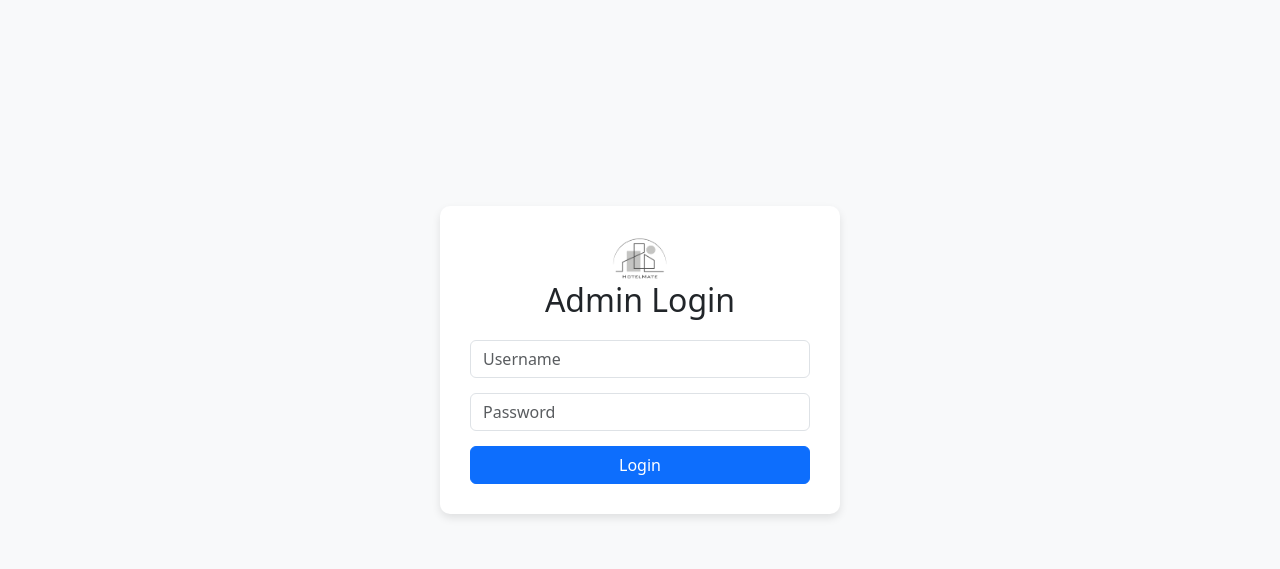
Repository: himanshu2k23/HoteMate
Page: http://localhost/HotelMate/admin/login
These files come from the project's save history. The page is drawn as it stood at one moment and after the next save; the edit follows.
The browser window is 1280 px wide. The pictures show the whole page.
The page is served by Tomcat 10. Other server files are loaded and not shown.

Above is the page before, as saved 2025-01-17 20:18:31.

### HotelMate/src/main/webapp/WEB-INF/admin/login.jsp
<%@ page contentType="text/html;charset=UTF-8" language="java"%>
<!DOCTYPE html>
<html lang="en">
<head>
<meta charset="UTF-8">
<meta name="viewport" content="width=device-width, initial-scale=1.0">
<title>Admin Login</title>
<link rel="stylesheet"
	href="https://cdn.jsdelivr.net/npm/bootstrap@5.3.0/dist/css/bootstrap.min.css">
<style>
body {
	background-color: #f8f9fa;
	display: flex;
	justify-content: center;
	align-items: center;
	height: 100vh;
}

.login-container {
	background: #ffffff;
	padding: 30px;
	border-radius: 10px;
	box-shadow: 0 4px 8px rgba(0, 0, 0, 0.1);
	max-width: 400px;
	width: 100%;
}

.login-container h2 {
	text-align: center;
	margin-bottom: 20px;
}

.error {
	color: #dc3545;
	margin-bottom: 20px;
}

.form-control {
	margin-bottom: 15px;
}
</style>
</head>
<body>

	<div class="login-container">
		<div class="d-flex justify-content-center">
			<img src="http://localhost:8080/HotelMate/Images/HotelmateLogo.png"
				alt="HotelMate Logo" width="60" height="45" class="d-inline-block">
		</div>
		<form action="${pageContext.request.contextPath}/admin/login"
			method="post">
			<h2>Admin Login</h2>

			<%
			if (request.getAttribute("error") != null) {
			%>
			<div class="alert alert-danger">${error}</div>
			<%
			}
			%>

			<div class="form-group">
				<input type="text" name="username" class="form-control"
					placeholder="Username" required>
			</div>

			<div class="form-group">
				<input type="password" name="password" class="form-control"
					placeholder="Password" required>
			</div>

			<button type="submit" class="btn btn-primary w-100">Login</button>
		</form>
	</div>

	<script
		src="https://cdn.jsdelivr.net/npm/bootstrap@5.3.0/dist/js/bootstrap.bundle.min.js"></script>
</body>
</html>

### HotelMate/src/main/java/com/hotelmate/admin/servlets/AdminLoginServlet.java
package com.hotelmate.admin.servlets;

import jakarta.servlet.*;
import jakarta.servlet.annotation.WebServlet;
import jakarta.servlet.http.*;
import java.io.IOException;

@WebServlet("/admin/login")
public class AdminLoginServlet extends HttpServlet {
	private static final long serialVersionUID = 1L;

	@Override
	protected void doGet(HttpServletRequest request, HttpServletResponse response)
			throws ServletException, IOException {
		request.getRequestDispatcher("/WEB-INF/admin/login.jsp").forward(request, response);
	}

	@Override
	protected void doPost(HttpServletRequest request, HttpServletResponse response)
			throws ServletException, IOException {
		String username = request.getParameter("username");
		String password = request.getParameter("password");

		if (validateAdmin(username, password)) {
			HttpSession session = request.getSession();
			session.setAttribute("adminUser", username);
			response.sendRedirect(request.getContextPath() + "/admin/dashboard");
		} else {
			request.setAttribute("error", "Invalid credentials");
			request.getRequestDispatcher("/WEB-INF/admin/login.jsp").forward(request, response);
		}
	}
	private boolean validateAdmin(String username, String password) {
		return "Admin".equals(username) && "Password@123.".equals(password);
	}
}

After the next save:
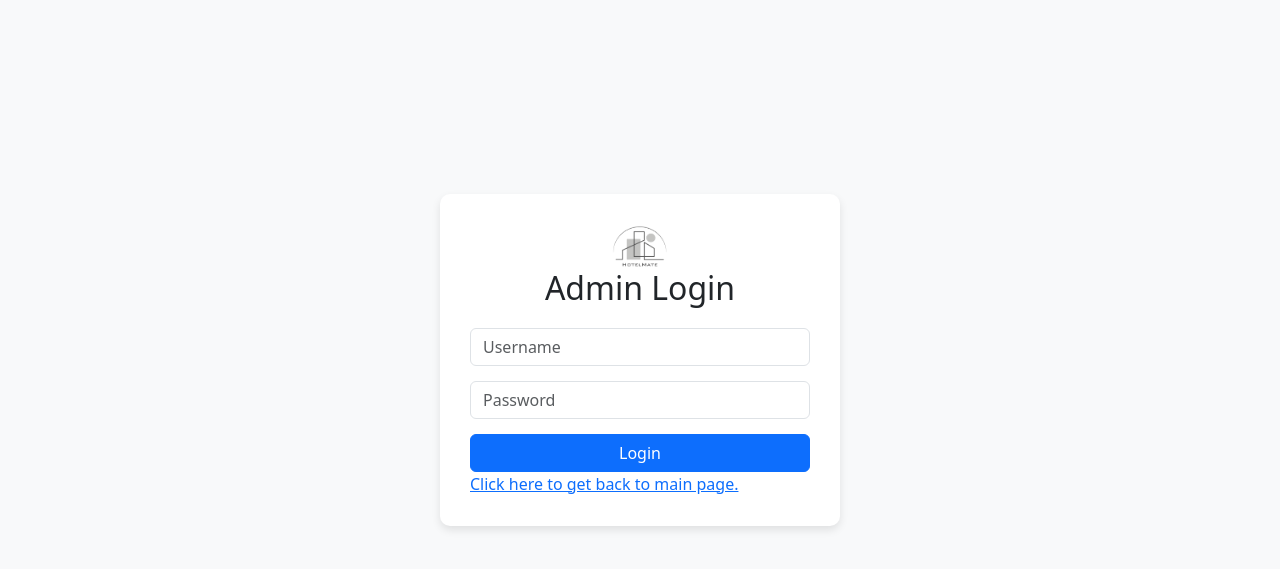
Saved 3 min 8 s later.
--- a/HotelMate/src/main/webapp/WEB-INF/admin/login.jsp
+++ b/HotelMate/src/main/webapp/WEB-INF/admin/login.jsp
@@ -70,6 +70,8 @@ body {
 			</div>
 
 			<button type="submit" class="btn btn-primary w-100">Login</button>
+
+			<a href="/HoteMate">Click here to get back to main page.</a>
 		</form>
 	</div>
 
